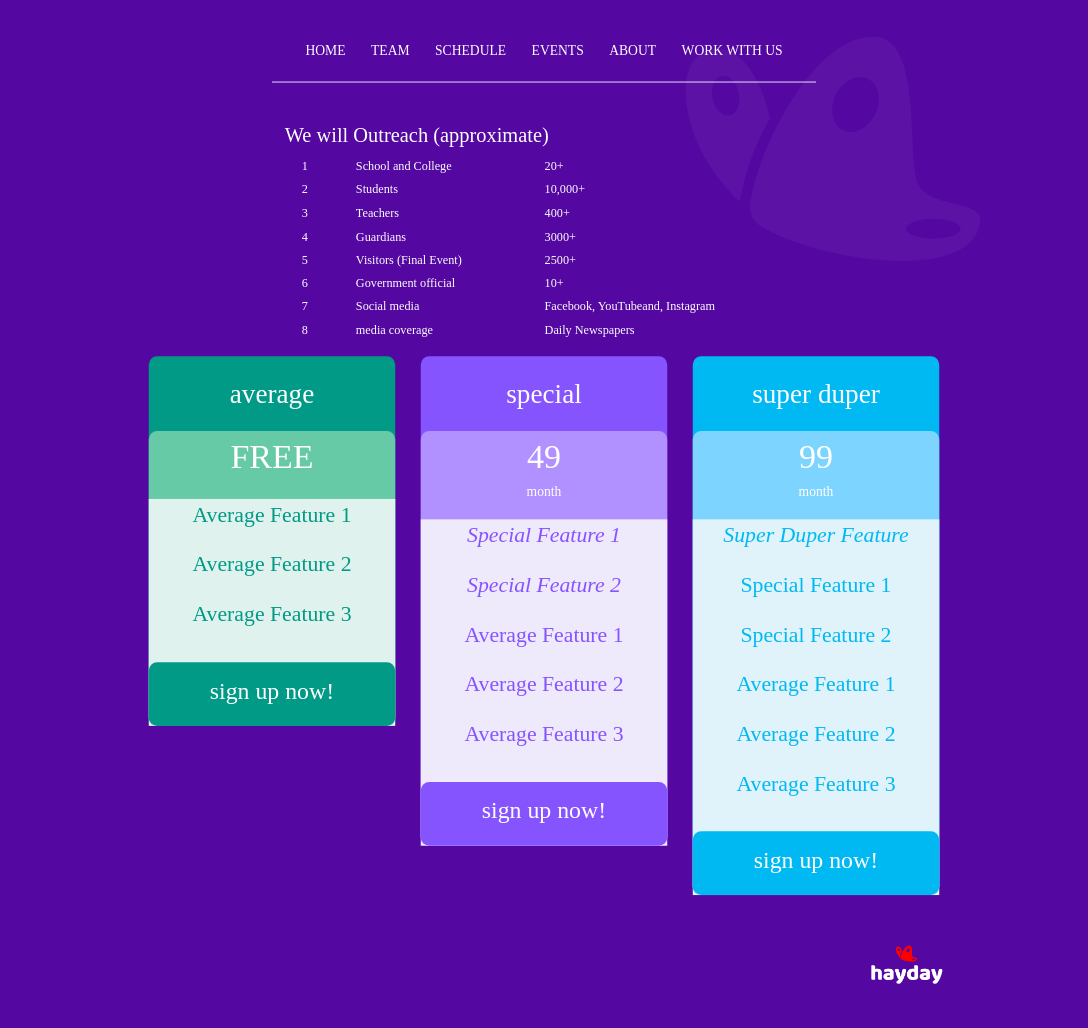
Repository: im1971/company-web
Page: workWithUs.html
The author's editor kept a copy of each file at every save. The page is drawn from the files as they stood at one save, then again after the next save.
The browser window is 1280 px wide. The pictures show the whole page, at 85% of full size.
Some web fonts or font styles are not loaded; a fallback is used.

Above is the page before, as saved 2020-01-26 11:42:01.

### workWithUs.html
<!DOCTYPE html>
<html>

<head>
    <title>hayday</title>
    <link rel="shortcut icon" type="img/x-icon" href="img/fav.png" />
    <link rel="stylesheet" href="css/mdb.min.css">
    <link rel="stylesheet" href="css/bootstrap.min.css">
    <link rel="stylesheet" href="css/fontawesome.min.css">
    <link rel="stylesheet" href="css/all.min.css">
    <link rel="stylesheet" href="css/style.css">
    <!-- fonts -->
    <link href="https://fonts.googleapis.com/css?family=Baloo+Bhai&display=swap" rel="stylesheet">
    <!-- fonts -->

</head>

<body>

    <div class="wrap_hayday">
        <div class="back_img"></div>
        <div class="container-fluid">
            <div class="row justify-content-center pb-5">
                <div class="col-md-12">
                    <nav class="navbar navbar-expand-lg">
                        <button class="navbar-toggler" type="button" data-toggle="collapse" data-target="#navbarSupportedContent" aria-controls="navbarSupportedContent" aria-expanded="false" aria-label="Toggle navigation">
                          <span class="navbar-toggler-icon"></span>
                        </button>

                        <div class="collapse navbar-collapse" id="navbarSupportedContent">

                            <ul class="navbar-nav m-auto text-uppercase">
                                <li class="nav-item active">
                                    <a class="nav-link" href="index.html">Home</a>
                                </li>
                                <li class="nav-item">
                                    <a class="nav-link" href="#">Team</a>
                                </li>
                                <li class="nav-item">
                                    <a class="nav-link" href="#">SCHEDULE</a>
                                </li>
                                <li class="nav-item">
                                    <a class="nav-link" href="#">Events</a>
                                </li>
                                <li class="nav-item">
                                    <a class="nav-link" href="about.html">About</a>
                                </li>
                                <li class="nav-item">
                                    <a class="nav-link" href="workWithUs.html">Work With us</a>
                                </li>
                            </ul>
                        </div>
                    </nav>
                </div>
                <div class="col-md-6 border_deco pt-3"></div>
            </div>
            <!-- <div class="container"> -->
            <div class="row justify-content-center">
                <div class="col-md-6 outreach">
                    <h4>We will Outreach (approximate)</h4>
                    <div class="table-responsive table-sm">
                        <table class="table">
                            <tbody>
                                <tr>
                                    <td>1</td>
                                    <td>School and College</td>
                                    <td>20+</td>
                                </tr>
                                <tr>
                                    <td>2</td>
                                    <td>Students</td>
                                    <td>10,000+</td>
                                </tr>
                                <tr>
                                    <td>3</td>
                                    <td>Teachers</td>
                                    <td>400+</td>
                                </tr>
                                <tr>
                                    <td>4</td>
                                    <td>Guardians</td>
                                    <td>3000+</td>
                                </tr>
                                <tr>
                                    <td>5</td>
                                    <td>Visitors (Final Event)</td>
                                    <td>2500+</td>
                                </tr>
                                <tr>
                                    <td>6</td>
                                    <td>Government official</td>
                                    <td>10+</td>
                                </tr>
                                <tr>
                                    <td>7</td>
                                    <td>Social media</td>
                                    <td>Facebook, YouTubeand, Instagram</td>
                                </tr>
                                <tr>
                                    <td>8</td>
                                    <td>media coverage</td>
                                    <td>Daily Newspapers</td>
                                </tr>
                            </tbody>
                        </table>
                    </div>
                </div>
            </div>
            <div class="row justify-content-center">
                <div class="col-md-3">
                    <div class="average">
                        <div class="price-package">
                            <div class="package-name">
                                <h2>average</h2>
                            </div>
                            <div class="package-price">
                                <div class="package-arrow"></div>
                                <div class="price">
                                    <span>FREE</span>
                                </div>
                                <div class="package-features">
                                    <div class="package-arrow"></div>
                                    <ul>
                                        <li>Average Feature 1</li>
                                        <li>Average Feature 2</li>
                                        <li>Average Feature 3</li>
                                    </ul>
                                    <button class="sign-up">
                                  <h3>sign up now!</h3>
                                </button>
                                </div>
                            </div>
                        </div>
                    </div>

                </div>
                <div class="col-md-3">
                    <div class="special">
                        <div class="price-package">
                            <div class="package-name">
                                <h2>special</h2>
                            </div>
                            <div class="package-price">
                                <div class="package-arrow"></div>
                                <div class="price">
                                    <span>49</span>
                                </div>
                                <div class="term">
                                    <span>month</span>
                                </div>
                                <div class="package-features">
                                    <div class="package-arrow"></div>
                                    <ul>
                                        <li><em>Special Feature 1</em></li>
                                        <li><em>Special Feature 2</em></li>
                                        <li>Average Feature 1</li>
                                        <li>Average Feature 2</li>
                                        <li>Average Feature 3</li>
                                    </ul>
                                    <button class="sign-up">
                                <h3>sign up now!</h3>
                              </button>
                                </div>
                            </div>
                        </div>
                    </div>
                </div>
                <div class="col-md-3">
                    <div class="superduper">
                        <div class="price-package">
                            <div class="package-name">
                                <h2>super duper</h2>
                            </div>
                            <div class="package-price">
                                <div class="package-arrow"></div>
                                <div class="price">
                                    <span>99</span>
                                </div>
                                <div class="term">
                                    <span>month</span>
                                </div>
                                <div class="package-features">
                                    <div class="package-arrow"></div>
                                    <ul>
                                        <li><em>Super Duper Feature</em></li>
                                        <li>Special Feature 1</li>
                                        <li>Special Feature 2</li>
                                        <li>Average Feature 1</li>
                                        <li>Average Feature 2</li>
                                        <li>Average Feature 3</li>
                                    </ul>
                                    <button class="sign-up">
                                <h3>sign up now!</h3>
                              </button>
                                </div>
                            </div>
                        </div>
                    </div>
                </div>
            </div>
            <!-- </div> -->
            <div class="row justify-content-end my-5">
                <div class="col-md-4 m-autp">
                    <div class="middle_body">
                        <div class="logo">
                            <img src="img/logo.png" alt="" style="height: 50px">
                        </div>
                        <!-- <p>Read about our Inspiration</p> -->
                    </div>
                </div>
            </div>
        </div>
    </div>
    </div>



    <!-- <script src="https://code.jquery.com/jquery-3.4.1.slim.min.js" integrity="sha384-J6qa4849blE2+poT4WnyKhv5vZF5SrPo0iEjwBvKU7imGFAV0wwj1yYfoRSJoZ+n" crossorigin="anonymous"></script>
    <script src="https://cdn.jsdelivr.net/npm/popper.js@1.16.0/dist/umd/popper.min.js" integrity="sha384-Q6E9RHvbIyZFJoft+2mJbHaEWldlvI9IOYy5n3zV9zzTtmI3UksdQRVvoxMfooAo" crossorigin="anonymous"></script>
    <script src="https://stackpath.bootstrapcdn.com/bootstrap/4.4.1/js/bootstrap.min.js" integrity="sha384-wfSDF2E50Y2D1uUdj0O3uMBJnjuUD4Ih7YwaYd1iqfktj0Uod8GCExl3Og8ifwB6" crossorigin="anonymous"></script> -->

    <script type="text/javascript" src="js/jquery.min.js"></script>
    <!-- Bootstrap tooltips -->
    <script type="text/javascript" src="js/popper.min.js"></script>
    <!-- Bootstrap core JavaScript -->
    <script type="text/javascript" src="js/bootstrap.min.js"></script>
    <!-- MDB core JavaScript -->
    <script type="text/javascript" src="js/mdb.min.js"></script>


</body>

</html>

### css/style.css
body {
    padding: 0;
    margin: 0;
    background: #5407A1 !important;
    color: #fff !important;
    font-family: 'Baloo Bhai', cursive;
    position: relative;
}


/* global */

html {
    overflow: scroll;
    overflow-x: hidden;
}

::-webkit-scrollbar {
    width: 0px;
    /* Remove scrollbar space */
    background: transparent;
    /* Optional: just make scrollbar invisible */
}


/* Optional: show position indicator in red */

::-webkit-scrollbar-thumb {
    background: #FF0000;
}


/* global */

.back_img {
    background-image: url(../img/back.png);
    height: 350px;
    width: 600px;
    position: absolute;
    background-position: center center;
    background-size: cover;
    opacity: 5%;
    /* top: 30%; */
    right: 0;
}


/* header */

.wrap_hayday .navbar {
    box-shadow: none;
}

.wrap_hayday .container-fluid {
    min-height: 100vh;
}

.wrap_hayday nav .nav-link {
    padding-right: 15px !important;
    padding-left: 15px !important;
    color: #fff;
    font-family: 'Baloo Bhai', cursive;
}

.wrap_hayday .border_deco {
    border-bottom: .25px solid #fff;
}

.wrap_hayday nav .nav-link:hover {
    color: #FF0000;
    transition-duration: 0.5s;
}

.wrap_hayday .navbar {
    padding: 40px;
    padding-bottom: 0;
}


/* header */


/* middle body */

.wrap_hayday .middle_body {
    text-align: center;
}

.wrap_hayday .middle_body .logo img {
    /* background-image: url(logo.png); */
    height: 100px;
}

.wrap_hayday .others_page_middle {
    text-align: center;
    position: absolute;
    right: 30px;
    bottom: 0;
}

.wrap_hayday .others_page_middle img {
    height: 70px;
}


/* middle body */


/* footer-body */

.myprogress {
    min-width: 100%;
    margin: 0px auto;
    text-align: center;
}

.myprogress .circle {
    display: inline-block;
    background: #fff;
    width: 50px;
    height: 50px;
    border-radius: 80px;
    border: 1px solid #d5d5da;
    cursor: pointer;
}

.myprogress .circle:hover {
    background: #FF0000;
    color: #5407A1;
    transition-duration: 0.5s;
}

.myprogress .bar {
    position: relative;
    width: 100px;
    padding-right: 15px;
    font-family: none;
    /* height: 2px; */
    /* top: 10px; */
    /* border: 0px solid #fff; */
}

.myprogress .circle .label {
    display: inline-block;
    width: 40px;
    height: 40px;
    line-height: 30px;
    border-radius: 40px;
    font-size: 24px;
}

.myprogress .circle .title {
    color: #5407A1;
    font-size: 24px;
    line-height: 50px;
    cursor: pointer;
}

.myprogress .circle .title:hover {
    color: #fff;
}

.myprogress i {
    font-size: 11px;
}

.myprogress .abc {
    animation: pulse 1s infinite;
    color: #FF0000;
}

.myprogress .pulse {
    -webkit-animation-duration: 3s;
    -webkit-animation-delay: 2s;
    -webkit-animation-iteration-count: 5;
}


/* footer-body */


/* about hayday */

.accordion .card-header {
    padding: 0;
    background: #5407A1;
    margin-bottom: 0;
}

.accordion .card-header .btn-link {
    color: #fff;
    padding: 0;
}

.accordion .card {
    border: none;
    border-radius: 0;
}

.accordion i {
    position: absolute;
    right: 10px;
    top: 5px;
}

.accordion p {
    color: #000;
    font-family: serif;
    font-size: 15px;
}

.accordion h4 {
    color: #000;
    font-family: serif;
    font-weight: 700 !important;
    font-size: 22px;
}


/* about hayday */


/* work with us */

.outreach table.table th,
table.table td {
    padding: 3px 20px;
    color: #fff;
    border: none;
    font-family: auto;
}


/* work with us */


/* pricing table */

.price-package {
    padding-top: 25px;
    margin-bottom: 10px;
    text-align: center;
    -moz-border-radius-topleft: 10px;
    -moz-border-radius-topright: 10px;
    -webkit-border-top-left-radius: 10px;
    -webkit-border-top-right-radius: 10px;
    -moz-border-radius-bottomleft: 10px;
    -moz-border-radius-bottomright: 10px;
    -webkit-border-bottom-left-radius: 10px;
    -webkit-border-bottom-right-radius: 10px;
}

.price-package .package-name {
    font-size: 1.4rem;
}

.price-package .package-price {
    -moz-border-radius-topleft: 10px;
    -moz-border-radius-topright: 10px;
    -webkit-border-top-left-radius: 10px;
    -webkit-border-top-right-radius: 10px;
    -moz-border-radius-bottomleft: 10px;
    -moz-border-radius-bottomright: 10px;
    -webkit-border-bottom-left-radius: 10px;
    -webkit-border-bottom-right-radius: 10px;
    margin-top: 25px;
}

.price-package .package-price .price sup {
    font-size: 1.6rem;
    position: absolute;
    top: 6px;
    left: -12px;
}

.price-package .package-price .price span {
    font-size: 2.5rem;
}

.price-package .package-features ul {
    font-size: 1.6rem;
    margin: 0;
    padding: 0;
    list-style: none;
}

.price-package .package-features ul li {
    margin: 20px auto;
    padding: 0;
}

.price-package .sign-up {
    -moz-border-radius-topleft: 10px;
    -moz-border-radius-topright: 10px;
    -webkit-border-top-left-radius: 10px;
    -webkit-border-top-right-radius: 10px;
    -moz-border-radius-bottomleft: 10px;
    -moz-border-radius-bottomright: 10px;
    -webkit-border-bottom-left-radius: 10px;
    -webkit-border-bottom-right-radius: 10px;
    padding: 16.66666667px 0;
    margin-top: 16.66666667px;
    width: 100%;
    outline: none;
    border: none;
    cursor: pointer;
}

.average .price-package {
    background-color: #009a86;
}

.average .price-package .package-name {
    color: white;
}

.average .price-package .package-price {
    background-color: #66CAA6;
    color: white;
}

.average .price-package .package-features {
    background-color: #e0f2ed;
    color: #009a86;
}

.average .price-package .sign-up {
    background-color: #009a86;
    color: white;
    transition: background-color 0.5s ease;
}

.average .price-package .sign-up:hover {
    background-color: #66CAA6;
}

.average .price-package .sign-up:active {
    background-color: #e0f2ed;
}

.average .price-package .package-price .package-arrow {
    border-top-color: #009a86;
}

.average .price-package .package-features .package-arrow {
    border-top-color: #66CAA6;
}

.average .price-package .sign-up .package-arrow {
    border-top-color: #e0f2ed;
}

.special .price-package {
    background-color: #8654ff;
}

.special .price-package .package-name {
    color: white;
}

.special .price-package .package-price {
    background-color: #b191ff;
    color: white;
}

.special .price-package .package-features {
    background-color: #efe9fc;
    color: #8654ff;
}

.special .price-package .sign-up {
    background-color: #8654ff;
    color: white;
    transition: background-color 0.5s ease;
}

.special .price-package .sign-up:hover {
    background-color: #b191ff;
}

.special .price-package .sign-up:active {
    background-color: #efe9fc;
}

.special .price-package .package-price .package-arrow {
    border-top-color: #8654ff;
}

.special .price-package .package-features .package-arrow {
    border-top-color: #b191ff;
}

.special .price-package .sign-up .package-arrow {
    border-top-color: #efe9fc;
}

.superduper .price-package {
    background-color: #00b9f2;
}

.superduper .price-package .package-name {
    color: white;
}

.superduper .price-package .package-price {
    background-color: #7dd4fe;
    color: white;
}

.superduper .price-package .package-features {
    background-color: #e0f2fa;
    color: #00b9f2;
}

.superduper .price-package .sign-up {
    background-color: #00b9f2;
    color: white;
    transition: background-color 0.5s ease;
}

.superduper .price-package .sign-up:hover {
    background-color: #7dd4fe;
}

.superduper .price-package .sign-up:active {
    background-color: #e0f2fa;
}

.superduper .price-package .package-price .package-arrow {
    border-top-color: #00b9f2;
}

.superduper .price-package .package-features .package-arrow {
    border-top-color: #7dd4fe;
}

.superduper .price-package .sign-up .package-arrow {
    border-top-color: #e0f2fa;
}


/* pricing table */

Loaded but not shown: css/mdb.min.css (library); css/bootstrap.min.css (library); css/fontawesome.min.css (library); css/all.min.css (library); js/jquery.min.js (library); js/popper.min.js (library); js/bootstrap.min.js (library); js/mdb.min.js (library)

After the next save:
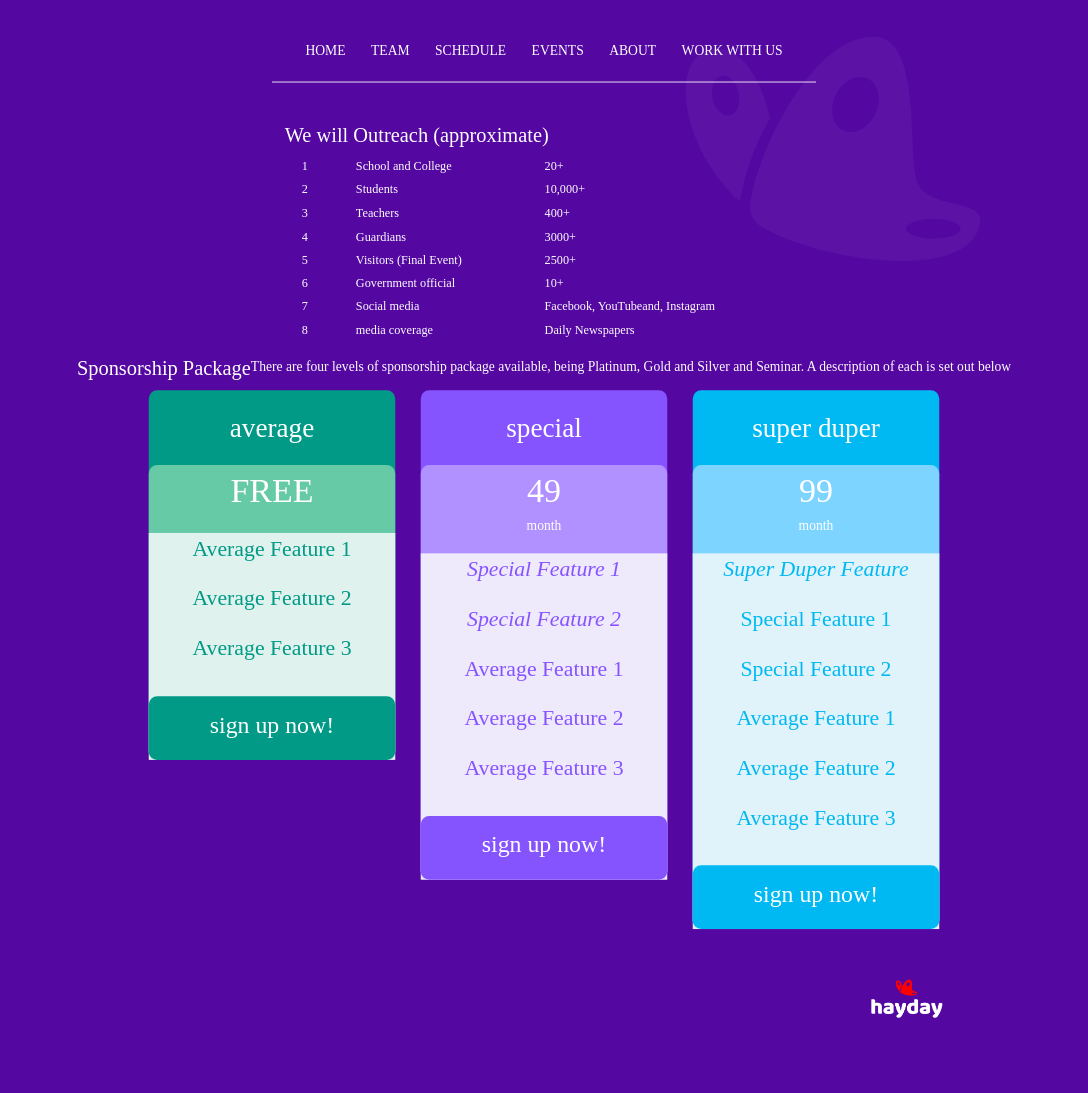
Saved 77 s later.
--- a/workWithUs.html
+++ b/workWithUs.html
@@ -107,6 +107,10 @@
                 </div>
             </div>
             <div class="row justify-content-center">
+                <h4>Sponsorship Package</h4>
+                <p class="text-center">
+                    There are four levels of sponsorship package available, being Platinum, Gold and Silver and Seminar. A description of each is set out below
+                </p>
                 <div class="col-md-3">
                     <div class="average">
                         <div class="price-package">
